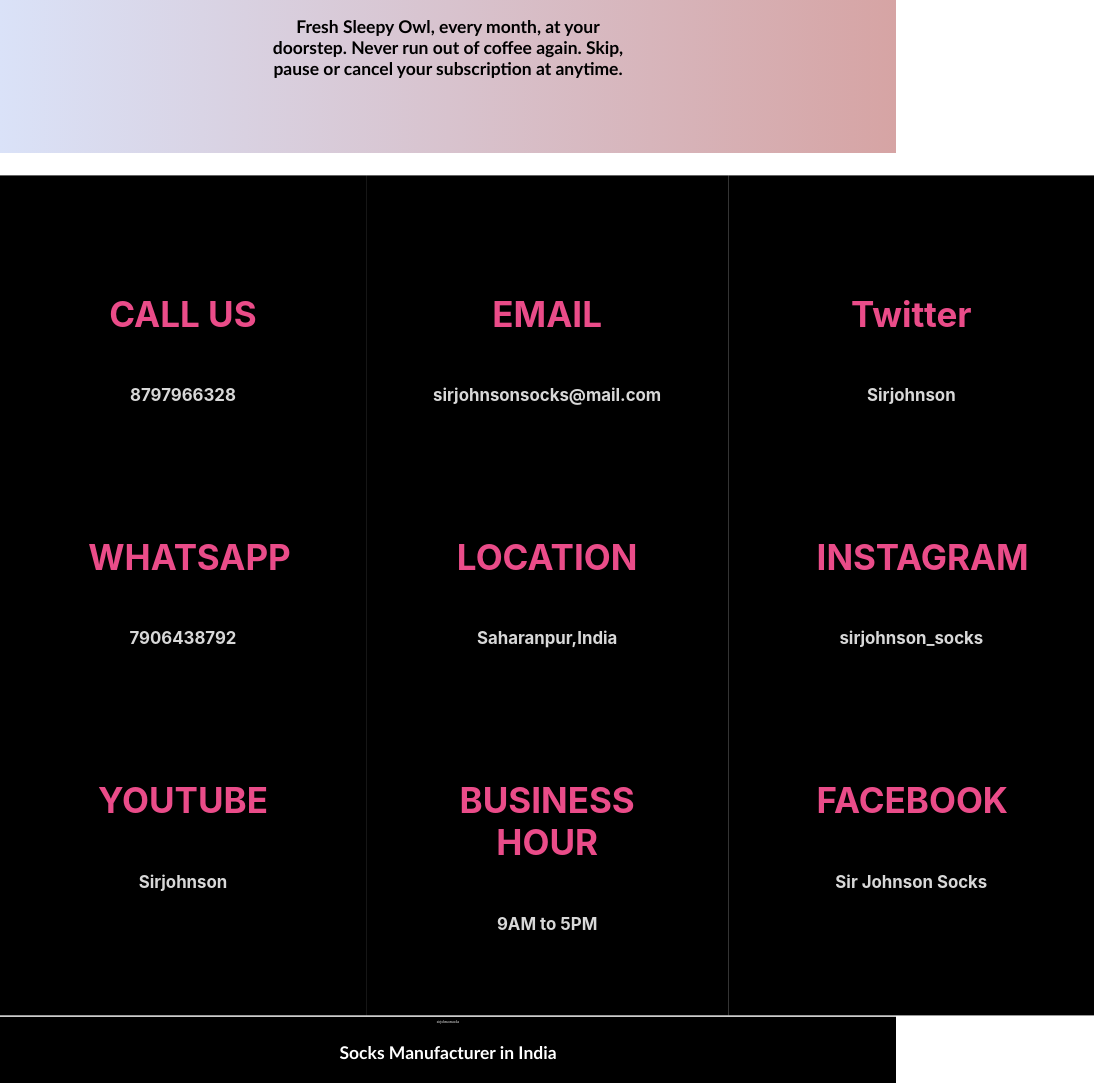
Repository: tusharpasricha/owlsomecoffee
Page: /
The author's editor kept a copy of each file at every save. The page is drawn from the files as they stood at one save, then again after the next save.
The browser window is 1280 px wide. The page is 1563 px wide, so the pictures cover 1563 px, including what lies to the right of the window. The pictures show the part of the page from y = 4692 to 6252 px (the page is 6239 px tall before and 6252 px after), at 70% of full size.
Some web fonts or font styles are not loaded; a fallback is used. The project was rebuilt for these pictures with package versions that can differ from the ones it lists, and the page was loaded fresh each time.

Above is the page before, as saved 2021-09-27 19:54:00.

After the next save:
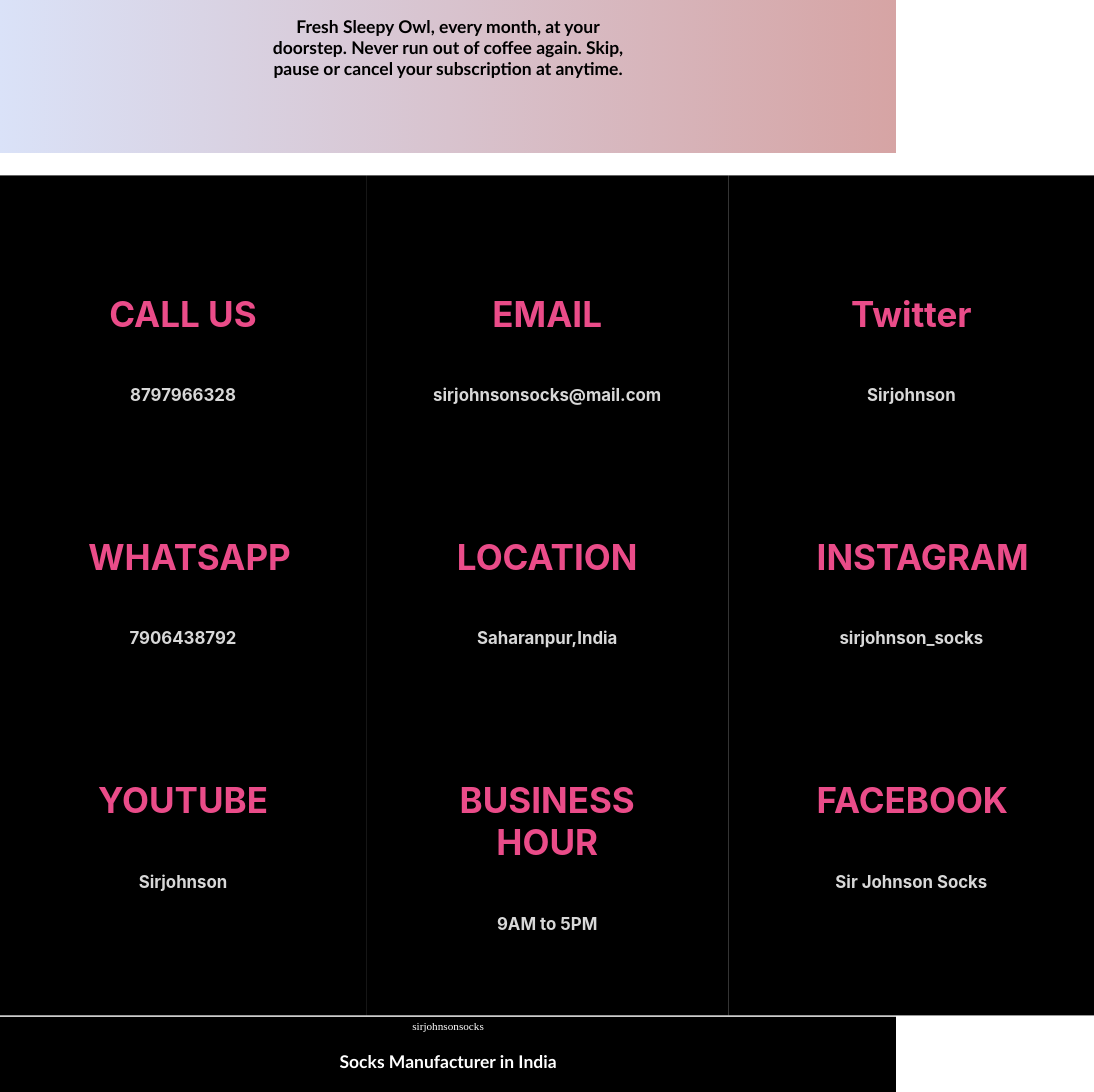
Saved 5 s later.
--- a/src/components/footor.css
+++ b/src/components/footor.css
@@ -7,7 +7,7 @@
     color: white;
     background-color: black;
     font-Family: 'Style Script';
-    font-size: 5px;
+
 
 
   }
